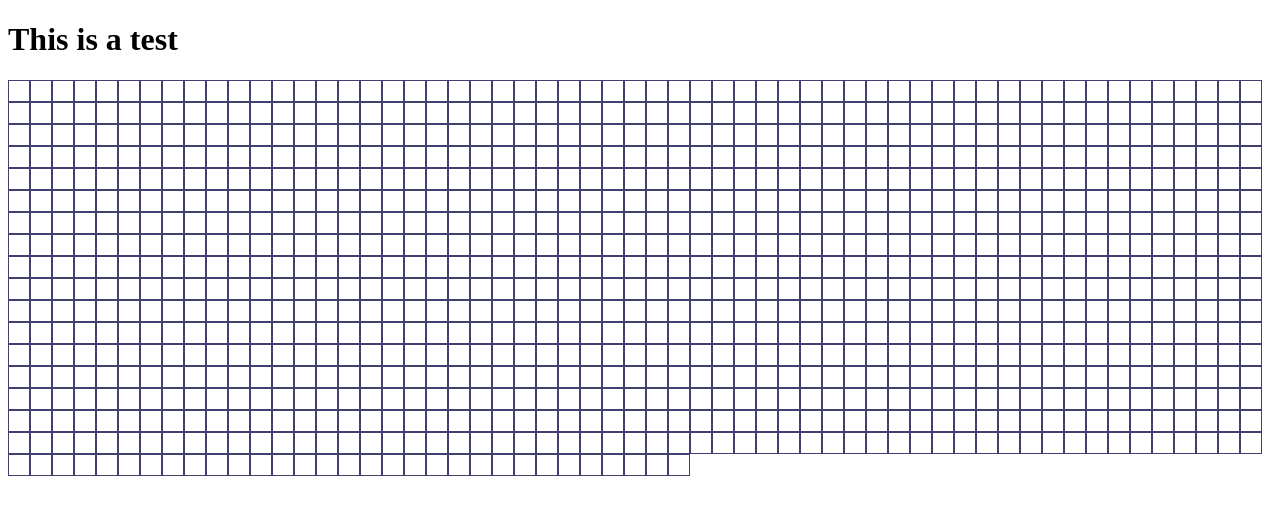
Repository: NikhilJohny/Pathfinding---ReactJS
Page: /
An editor plug-in stored every save of this project. The page is shown before and after the next save, followed by the edit.
The browser window is 1280 px wide. The pictures show the whole page.
The project was rebuilt for these pictures with package versions that can differ from the ones it lists, and the page was loaded fresh each time.

Above is the page before, as saved 2021-05-06 07:08:37.

### src/index.js
import React from 'react'
import ReactDOM from 'react-dom'
import App from './App'

ReactDOM.render(
  <App/>,
  document.getElementById('root')
)

### src/App.js
import React from "react"
import PathFindingView from './PathFindingView'


class App extends React.Component {
    render() {
        return (
        <PathFindingView />
        )
    }
}

export default App;

### src/PathFindingView.js
import React,{Component} from "react"
import Nodes from './Nodes'
import './Node.css';

const grid = () =>{
    const rowArray = [];
    for(let i = 0; i < 20; i++){
        const colArray = [];
        for(let j = 0; j < 50; j++){
            colArray.push(createNode(i,j));
        }
        rowArray.push(colArray);
    }
    return rowArray;
}

const createNode = ((i,j) => {
    const NodeObj = {
      row : i,
      col : j,
      start : false,
      end : false,
      previous : null,
      top : null,
      bottom : null,
      left : null,
      right : null,
      wall : false
    }
    return NodeObj;
})

class PathFindingView extends Component{
    constructor(){
        super();
        this.state = {
            board : [],
            mousePressed : false,
            currentGrid : null
        }
    }
    componentDidMount(){
        const arr = grid()
        this.setState({board : arr})
    }


    mouseDownFunctions(rows, cols){
        console.log('down')
        this.setState({
            mousePressed : true
        })
        console.log(this.state.mousePressed)
    }

    mouseEnterFunction(rows,cols){
        const grid = this.state.board;
        if(this.state.mousePressed && this.state.currentGrid != grid[rows]){
            grid[rows][cols].wall = !grid[rows][cols].wall
            this.setState({
                board : grid
            })
        }
        this.setState({
            currentGrid : grid[rows][cols]
        })
    }
    mouseUpFunction(){
        console.log('up')
        this.setState({
            mousePressed : false
        })
    }

    render(){
        const NodeComponent = []
        this.state.board.map((rows,rowKeys) =>{
            rows.map((cols,colKeys) => {
                NodeComponent.push(
                    <Nodes
                        id = {colKeys}
                        row = {cols.row}
                        col = {cols.col}
                        wall = {cols.wall}
                        onMouseDown = {(row,col) => this.mouseDownFunctions(row,col)}
                        onMouseEnter = {(row,col) => this.mouseEnterFunction(row,col)}
                        onMouseUp = {() => this.mouseUpFunction()}
                    />
                )
            })
        })
        return (
            <div>
                <h1>This is a test</h1>
                {NodeComponent}
            </div>
        )

    }
}

export default PathFindingView

### src/Nodes.js
import React , {Component} from "react"
import './Node.css';

class Nodes extends Component{

    render(){
        const nodeClass = this.props.wall ? 'Node node-wall' : 'Node'
        return(
            <div className = {nodeClass}
            onMouseDown = {() => this.props.onMouseDown(this.props.row,this.props.col)}
            onMouseEnter = {() => this.props.onMouseEnter(this.props.row,this.props.col)}
            onMouseUp = {() => this.props.onMouseUp()}
            >
            </div>
        )
    }
}

export default Nodes;

### src/Node.css
.Node {
    margin-bottom: -4px;
    width: 20px;
    height: 20px;
    border: 0.5px solid rgba(0, 0, 66, 0.75);
    display: inline-block;
}

.node-wall {
    animation-name: visitedAnimation;
    animation-duration: 0.2s;
    animation-timing-function: ease-out;
    animation-delay: 0;
    animation-direction: alternate;
    animation-iteration-count: 1;
    animation-fill-mode: forwards;
    animation-play-state: running;
}

@keyframes visitedAnimation {
    0% {
        transform: scale(0.3);
        background-color: rgba(0, 0, 66, 0.75);
        border-radius: 100%;
    }
    50% {
        background-color: rgba(0, 0, 66, 0.75);
    }
    75% {
        transform: scale(1.2);
        background-color: rgba(0, 0, 66, 0.75);
    }
    100% {
        transform: scale(1);
        background-color: rgba(0, 0, 66, 0.75);
        border-color: transparent;
    }
}

Loaded but not shown: public/index.html (common file)

After the next save:
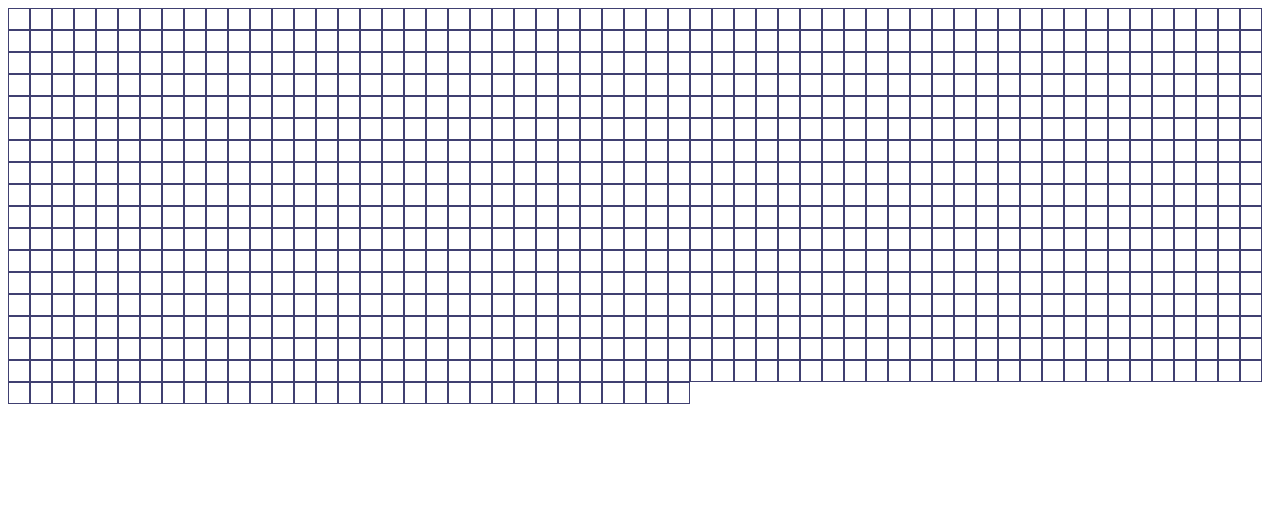
Saved 112 s later.
--- a/src/PathFindingView.js
+++ b/src/PathFindingView.js
@@ -90,8 +90,7 @@ class PathFindingView extends Component{
             })
         })
         return (
-            <div>
-                <h1>This is a test</h1>
+            <div className = "canvas">
                 {NodeComponent}
             </div>
         )
